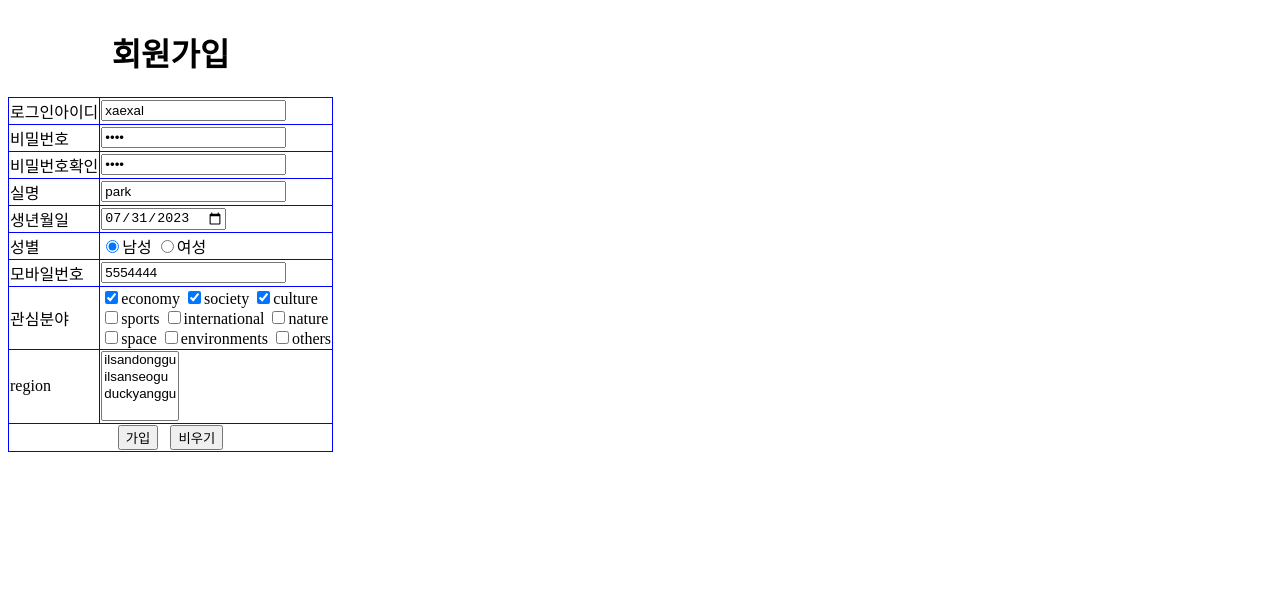
Repository: Sleepingco/HimediaJava
Page: http://localhost/HelloWorld/WEB-INF/views/member/signup.jsp
These files come from the project's save history. The page is drawn as it stood at one moment and after the next save; the edit follows.
The browser window is 1280 px wide. The pictures show the whole page.
The page is served by Tomcat 10. Nobody is signed in. The template is opened directly, without the code that normally fills it, so the values that code supplies are empty.

Above is the page before, as saved 2023-07-31 01:50:15.

After the next save:
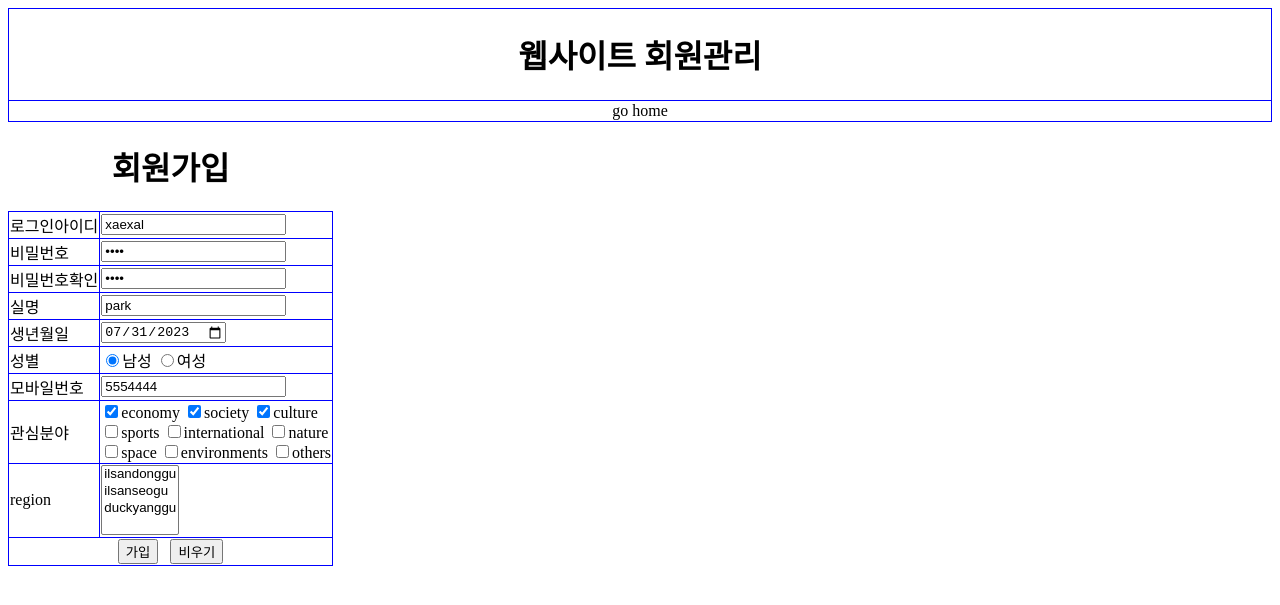
Saved 40 min 24 s later.
--- a/HelloWorld/src/main/webapp/WEB-INF/views/member/signup.jsp
+++ b/HelloWorld/src/main/webapp/WEB-INF/views/member/signup.jsp
@@ -15,6 +15,14 @@ td {
 }
 </style>
 <body>
+<table style='width:100%'>
+<tr>
+	<td align=center><h1>웹사이트 회원관리</h1></td>
+</tr>
+<tr>
+	<td align=center> go home</td>
+</tr>
+</table>
 <form id=frmMember method=post action=signup> <!-- action은 실행시 뒤에 써줄 url을 써주면됨 -->
 <table>
 <caption><h1>회원가입</h1></caption>
